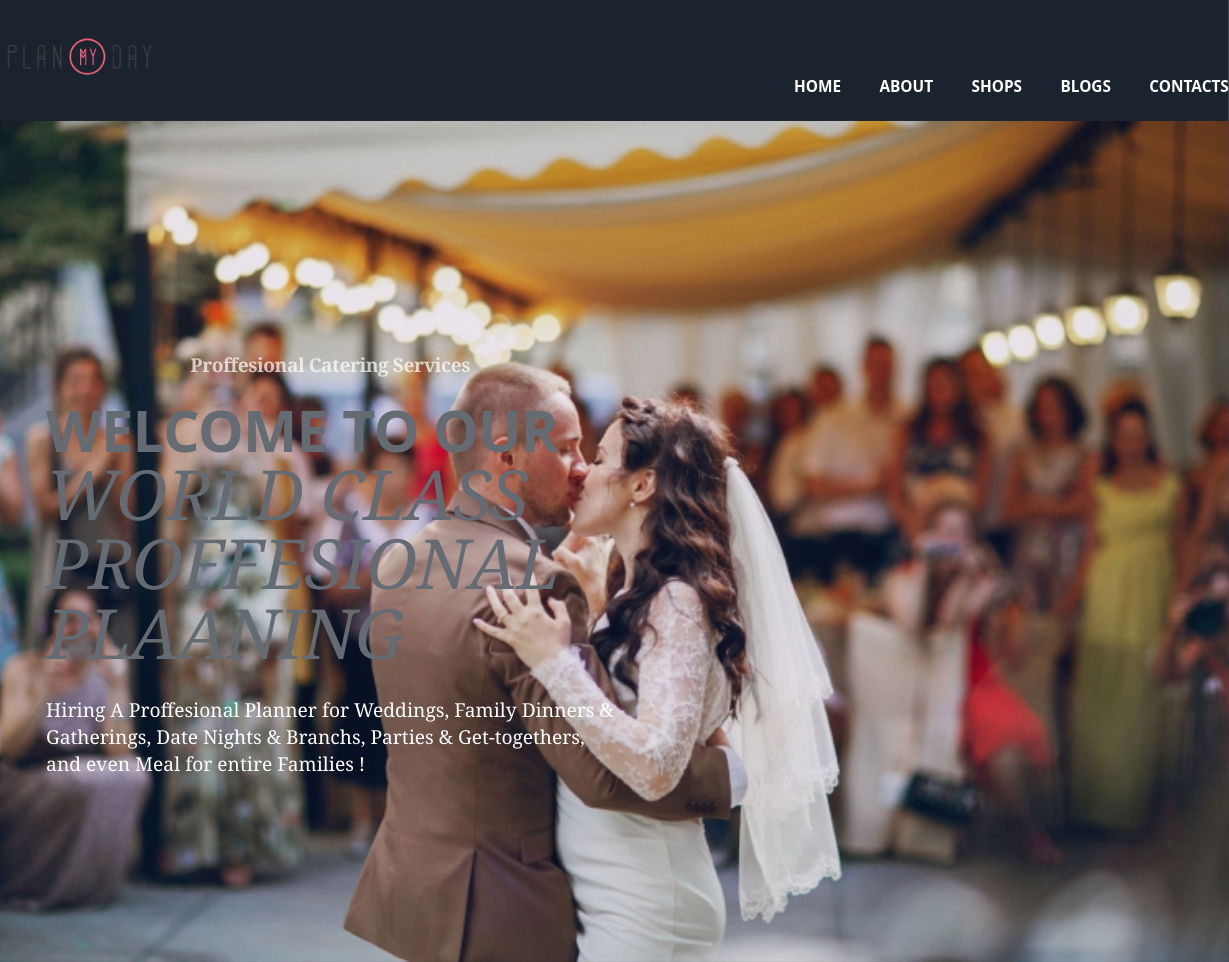
Repository: remydev47/eventsplanner
Page: /
An editor plug-in stored every save of this project. The page is shown before and after the next save, followed by the edit.
The browser window is 1280 px wide. The pictures show the whole page, at 96% of full size.
The project was rebuilt for these pictures with package versions that can differ from the ones it lists, and the page was loaded fresh each time. The framework's server and built-in components were replaced by stand-ins that run in the browser. Also part of the build but not shown: next.config.js, components/Navbar.jsx, sections/Gallery.jsx, sections/Testimonial.jsx, sections/Plan.jsx, sections/Products.jsx, sections/Projects.jsx.

Above is the page before, as saved 2023-01-20 10:43:09.

### app/layout.jsx
import '../styles/globals.css';

export default function RootLayout({ children }) {
  return (
    <html lang="en">
      {/*
        <head /> will contain the components returned by the nearest parent
        head.jsx. Find out more at https://beta.nextjs.org/docs/api-reference/file-conventions/head
      */}
      <head />
      <body>{children}</body>
    </html>
  )
}

### app/page.jsx
import Header from '@/components/Header'
import Navbar from '@/components/Navbar'
import { Hero } from '@/sections'
import Image from 'next/image'


export default function Home() {
  return (
   <div className='bg-primary-black'>
     {/* <Navbar /> */}
     <Header />
     <Hero />
   </div>
  )
}

### components/Header.jsx
'use client';
import React, {useState} from 'react';
import { motion } from "framer-motion";
import { navLinks } from '../constants';
import Logo from './Logo';
import Image from 'next/image';
import { navVariants } from '@/utils/motion';

const Header = () => {
    const [toggle, setToggle] = useState(false)

  return (
  <motion.nav
   variants={navVariants}
   initial="hidden"
   whileInView="show"
   className={`relative`}
  >
    <nav className={styles.container}>
        <Logo />
        <ul
          className={styles.navWrapper}
        >
            {navLinks.map((nav, index) => (
                <li
                 key={nav.id}
                 className={`font-poppins font-bold cursor-pointer text-[16px]
                   ${index === navLinks.length - 1 ? 'mr-0' : 'mr-10'}
                  text-white `}
                >
                    <a href={`#${nav.id}`}>
                        {nav.title}
                    </a>
                </li>
            ))}
        </ul>
        {/* mobile */}
        <div className={styles.mobile}>
            <Image
              src={ toggle ? '/images/close.svg' : '/images/menu.svg'}
              alt='menu'
              width={60}
              height={60}
              className={styles.mobileItem}
              onClick={() => setToggle((prev) => !prev)}
            />
            {/* toggle menu */}
            <motion.nav
              variants={navVariants}
              initial="hidden"
              whileInView="show"
              className={`relative`}
               >
             <div className={`${toggle ? 'flex' : 'hidden'} ${styles.toggleContainer}`}
             >
              <ul
                className={styles.navWrapper2}
              >
                {navLinks.map((nav, index) => (
                    <li
                     key={nav.id}
                     className={` font-bold cursor-pointer text-[16px]
                     mt-2 border-t border-slate-200 py-4 dark:border-slate-600
                     ${index === navLinks.length - 1 ? 'mr-0' : 'mb-4'}
                     text-white `}
                    >
                     <a href={`#${nav.id}`}>
                        {nav.title}
                     </a>
                    </li>
                 ))}
              </ul>
             </div>
            </motion.nav>

        </div>
    </nav>
  </motion.nav>
  )
}

export default Header;

const styles = {
    container:`w-full py-6 justify-between items-center navbar`,
    navWrapper:`list-none sm:flex hidden justify-end items-center flex-1`,
    navWrapper2:`list-none flex flex-col justify-end items-center flex-1`,
    mobile:`sm:hidden flex flex-1 justify-end items-center`,
    mobileItem:`h-[28px] w-[28px] object-contain`,
    toggleContainer:`p-6 bg-primary-black absolute top-20 right-0 mx-4 my-2 min-w-[140px] rounded-xl sidebar`
}

### sections/index.js
import Gallery from "./Gallery";
import Testimonial from "./Testimonial";
import Plan from "./Plan";
import Products from "./Products";
import Projects from "./Projects";
import Hero from "./Hero";

export {
    Gallery, Testimonial, Plan, Products, Projects, Hero
}

### constants/index.js
export const navLinks =[
    {
        id:"home",
        title:"HOME"
    },
    {
        id:"about",
        title:"ABOUT"
    },
    {
        id:"shop",
        title:"SHOPS"
    },

    {
        id:"blog",
        title:"BLOGS"
    },
    {
        id:"contacts",
        title:"CONTACTS"
    },
]

### components/Logo.jsx
'use client';
import Image from "next/image";

const Logo = () => {
  return (
    <div>
        <Image
          alt="events-planner"
          src='/images/logo_black.png'
          width={150}
          height={75}
          className='ml-2 mt-4'
        />
    </div>
  )
}

export default Logo

### utils/motion.js
export const navVariants = {
    hidden: {
      opacity: 0,
      y: -50,
      transition: {
        type: 'spring',
        stiffness: 300,
        damping: 140,
      },
    },
    show: {
      opacity: 1,
      y: 0,
      transition: {
        type: 'spring',
        stiffness: 80,
        delay: 1,
      },
    },
  };

  export const slideIn = (direction, type, delay, duration) => ({
    hidden: {
      x: direction === 'left' ? '-100%' : direction === 'right' ? '100%' : 0,
      y: direction === 'up' ? '100%' : direction === 'down' ? '100%' : 0,
    },
    show: {
      x: 0,
      y: 0,
      transition: {
        type,
        delay,
        duration,
        ease: 'easeOut',
      },
    },
  });

  export const staggerContainer = (staggerChildren, delayChildren) => ({
    hidden: {},
    show: {
      transition: {
        staggerChildren,
        delayChildren,
      },
    },
  });

  export const textVariant = (delay) => ({
    hidden: {
      y: 50,
      opacity: 0,
    },
    show: {
      y: 0,
      opacity: 1,
      transition: {
        type: 'spring',
        duration: 1.25,
        delay,
      },
    },
  });

  export const textContainer = {
    hidden: {
      opacity: 0,
    },
    show: (i = 1) => ({
      opacity: 1,
      transition: { staggerChildren: 0.1, delayChildren: i * 0.1 },
    }),
  };

  export const textVariant2 = {
    hidden: {
      opacity: 0,
      y: 20,
    },
    show: {
      opacity: 1,
      y: 0,
      transition: {
        type: 'tween',
        ease: 'easeIn',
      },
    },
  };

  export const fadeIn = (direction, type, delay, duration) => ({
    hidden: {
      x: direction === 'left' ? 100 : direction === 'right' ? -100 : 0,
      y: direction === 'up' ? 100 : direction === 'down' ? -100 : 0,
      opacity: 0,
    },
    show: {
      x: 0,
      y: 0,
      opacity: 1,
      transition: {
        type,
        delay,
        duration,
        ease: 'easeOut',
      },
    },
  });

  export const planetVariants = (direction) => ({
    hidden: {
      x: direction === 'left' ? '-100%' : '100%',
      rotate: 120,
    },
    show: {
      x: 0,
      rotate: 0,
      transition: {
        type: 'spring',
        duration: 1.8,
        delay: 0.5,
      },
    },
  });

  export const zoomIn = (delay, duration) => ({
    hidden: {
      scale: 0,
      opacity: 0,
    },
    show: {
      scale: 1,
      opacity: 1,
      transition: {
        type: 'tween',
        delay,
        duration,
        ease: 'easeOut',
      },
    },
  });

  export const footerVariants = {
    hidden: {
      opacity: 0,
      y: 50,
      transition: {
        type: 'spring',
        stiffness: 300,
        damping: 140,
      },
    },
    show: {
      opacity: 1,
      y: 0,
      transition: {
        type: 'spring',
        stiffness: 80,
        delay: 0.5,
      },
    },
  };

### sections/Hero.jsx
'use client';

const Hero = () => {
    return(
    <section className='relative pt-48 pb-12 xl:pt-60 sm:pb-16 lg:pb-32 xl:pb-48 2xl:pb-56'>
        <div className="absolute inset-0">
         <img className="object-cover w-full h-full" src="/images/hero.jpg" alt="" />
        </div>
     <div className='relative'>
       <div className="px-6 mx-auto sm:px-8 lg:px-12 max-w-7xl">
        <div className="w-full lg:w-2/3 xl:w-1/2">
         <h1 className="font-serif text-xl font-bold tracking-tight text-white text-opacity-70 text-center">Proffesional Catering Services</h1>
          <p className="mt-6 tracking-tighter text-[#656b72]">
            <span className="font-sans font-bold text-6xl">WELCOME TO OUR </span><br />
            <span className="font-serif italic font-BOLD text-7xl">WORLD CLASS PROFFESIONAL PLAANING</span>
         </p>
         <p className="mt-8 font-erif text-xl font-serif text-[#fff]">
          Hiring A Proffesional Planner for Weddings, Family Dinners & Gatherings, Date Nights & Branchs, Parties & Get-togethers, and even Meal for entire Families !
         </p>
        </div>
      </div>
     </div>
     </section>
    )
}

export default Hero;

Loaded but not shown: styles/globals.css (common file); tailwind.config.js (common file)

After the next save:
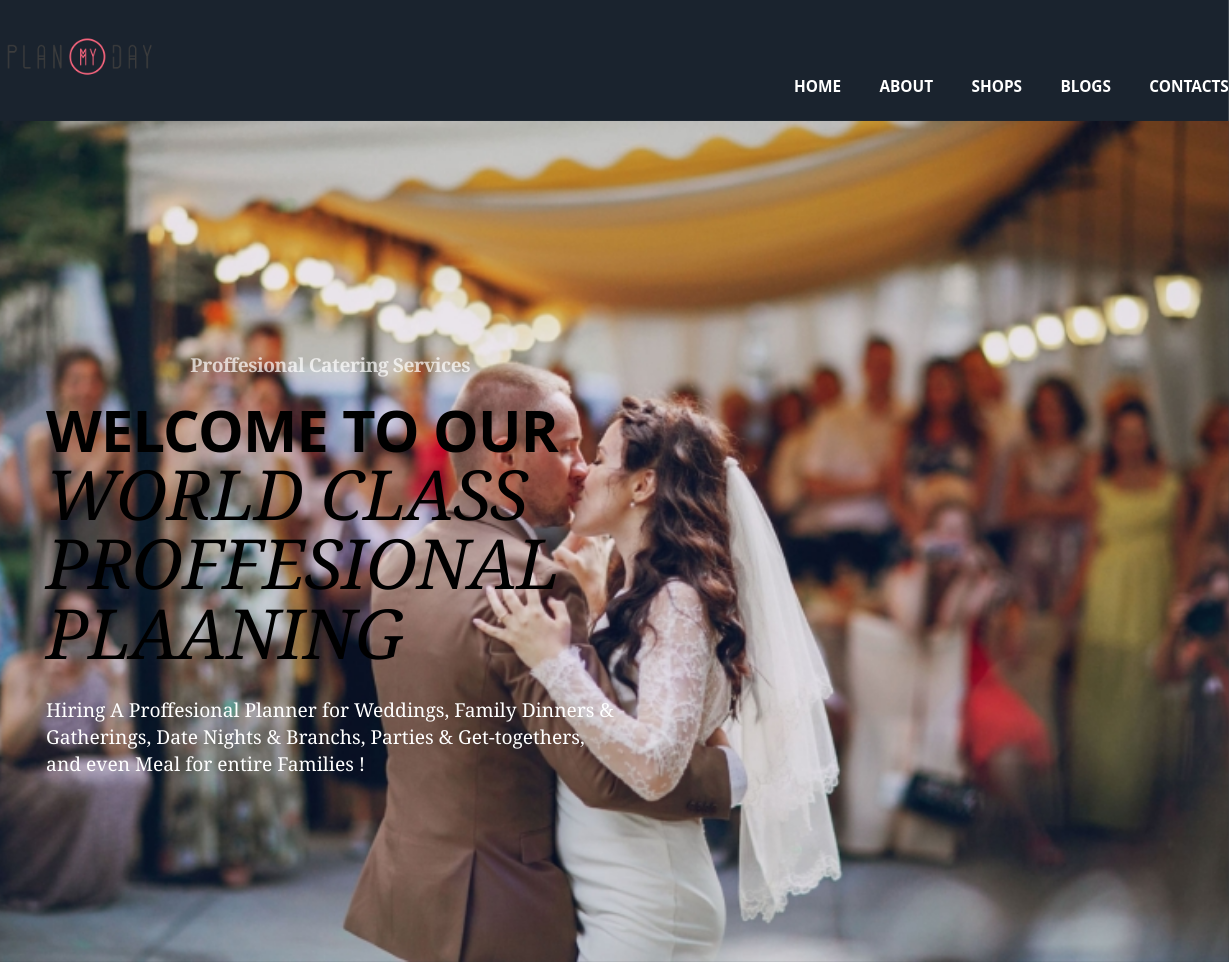
Saved 49 s later.
--- a/sections/Hero.jsx
+++ b/sections/Hero.jsx
@@ -10,7 +10,7 @@
        <div className="px-6 mx-auto sm:px-8 lg:px-12 max-w-7xl">
         <div className="w-full lg:w-2/3 xl:w-1/2">
          <h1 className="font-serif text-xl font-bold tracking-tight text-white text-opacity-70 text-center">Proffesional Catering Services</h1>
-          <p className="mt-6 tracking-tighter text-[#656b72]">
+          <p className="mt-6 tracking-tighter text-[#000]">
             <span className="font-sans font-bold text-6xl">WELCOME TO OUR </span><br />
             <span className="font-serif italic font-BOLD text-7xl">WORLD CLASS PROFFESIONAL PLAANING</span>
          </p>
